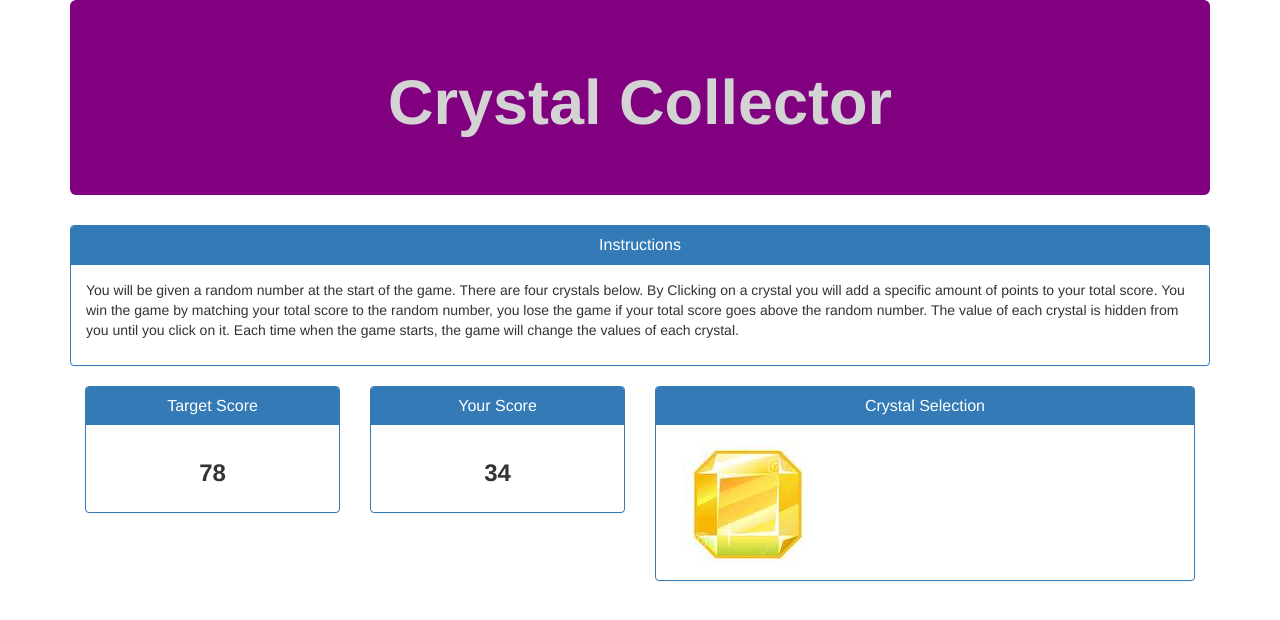
Repository: mikecherry1/week-4-game
Page: index.html
An editor plug-in stored every save of this project. The page is shown before and after the next save, followed by the edit.
The browser window is 1280 px wide. The pictures show the whole page.

Above is the page before, as saved 2017-11-19 18:52:20.
Not found: images/blue-crystal.png
Not found: images/green_gem.jpg
Not found: images/pink_gem.jpg

After the next save:
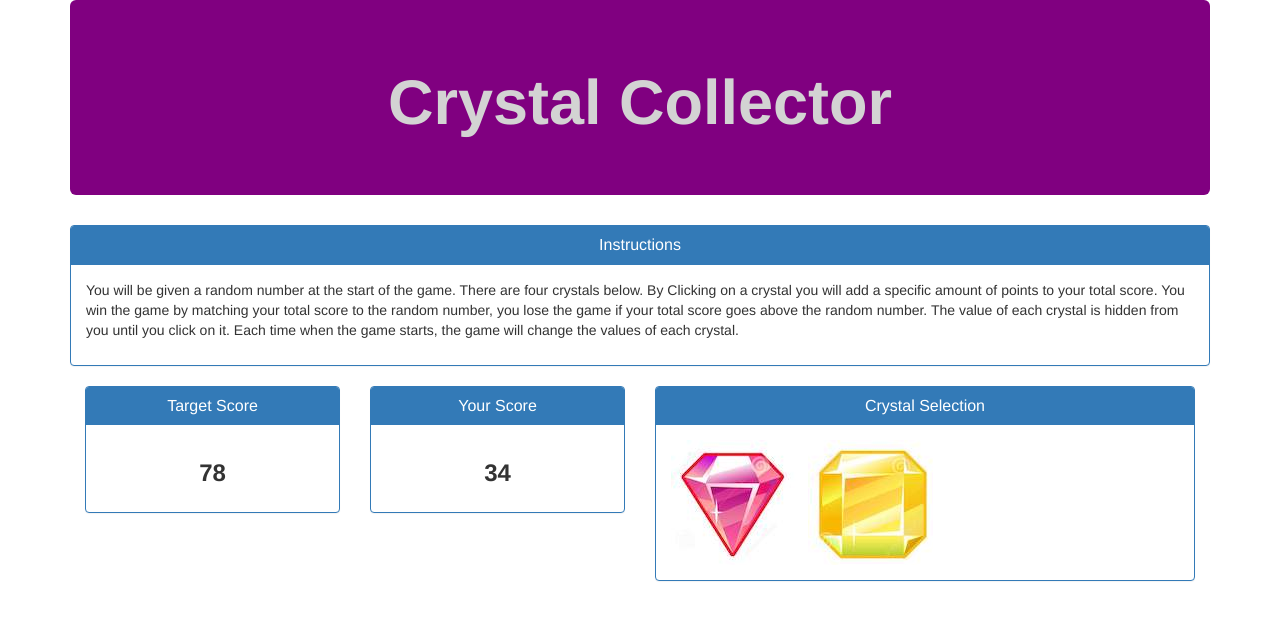
Saved 34 s later.
--- a/index.html
+++ b/index.html
@@ -66,7 +66,7 @@
                     <h3 class="panel-title text-center">Crystal Selection</h3>
                 </div>
                 <div class="panel-body">
-                    <img src="images/pink_gem.jpg" alt="">
+                    <img src="assets/images/pink_gem.jpg" alt="">
                     <img src="images/blue-crystal.png" alt="">
                     <img src="images/green_gem.jpg" alt="">
                     <img src="images/yellow_gem.jpg" alt="">
